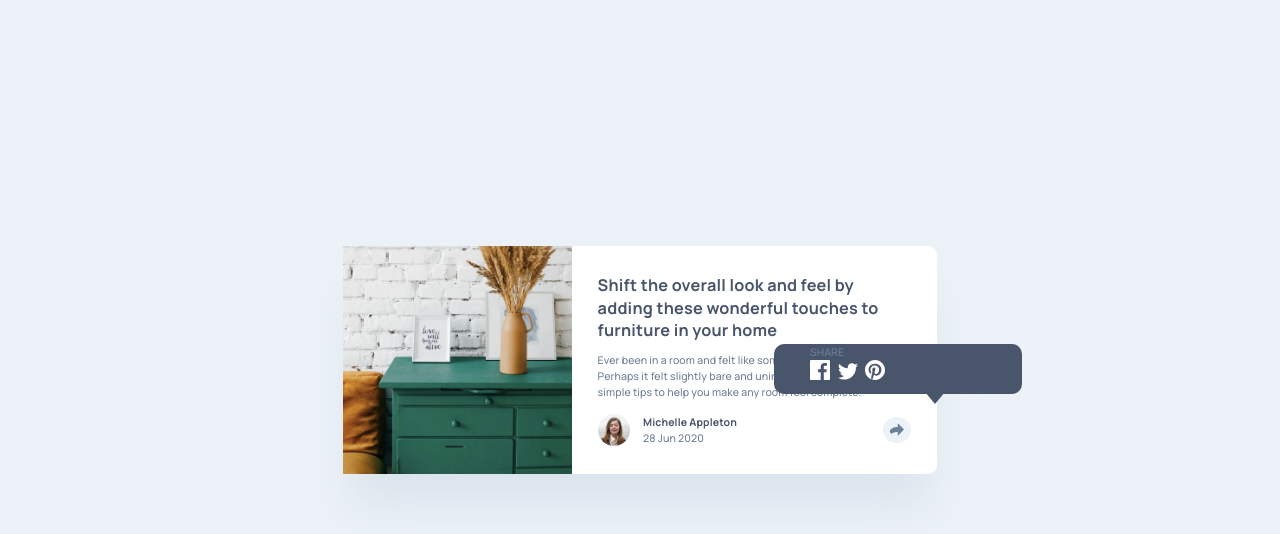
Repository: brandontaylor1/article-preview-component
Page: index.html
The author's editor kept a copy of each file at every save. The page is drawn from the files as they stood at one save, then again after the next save.
The browser window is 1280 px wide. The pictures show the whole page.

Above is the page before, as saved 2025-01-15 16:16:28.

After the next save:
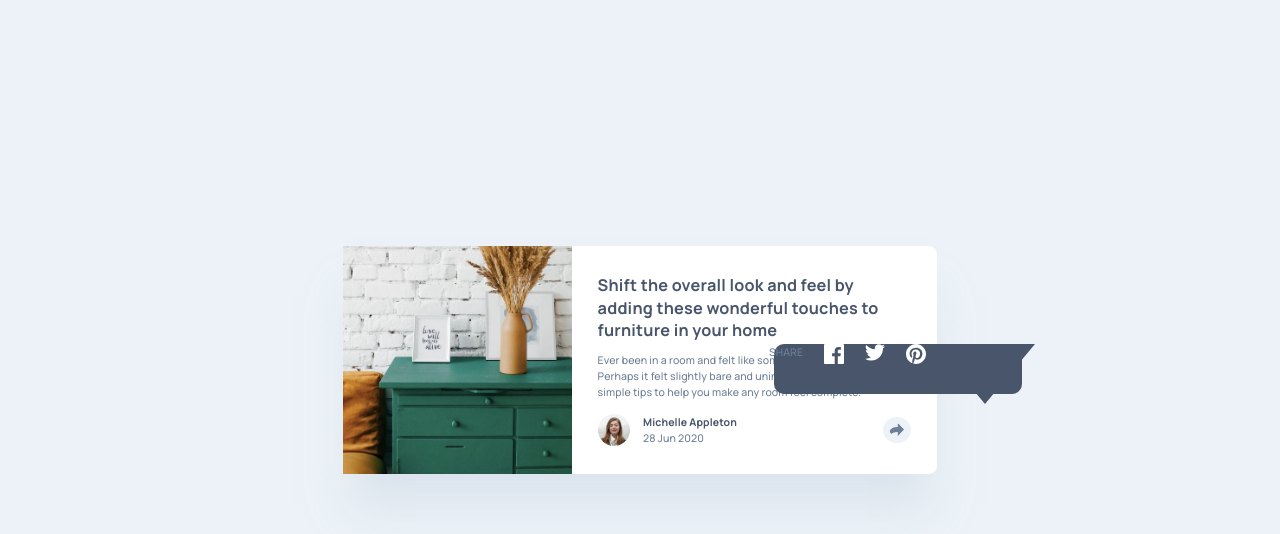
Saved 3 min 26 s later.
--- a/styles.css
+++ b/styles.css
@@ -168,6 +168,14 @@ body {
     font-weight: 500;
     line-height: 20px; /* 153.846% */
     letter-spacing: 5px;
+
+    display: flex;
+    width: 175px;
+    height: 20px;
+    justify-content: center;
+    align-items: flex-start;
+    gap: 21px;
+    flex-shrink: 0;
 }
 
 .triangle-down {
